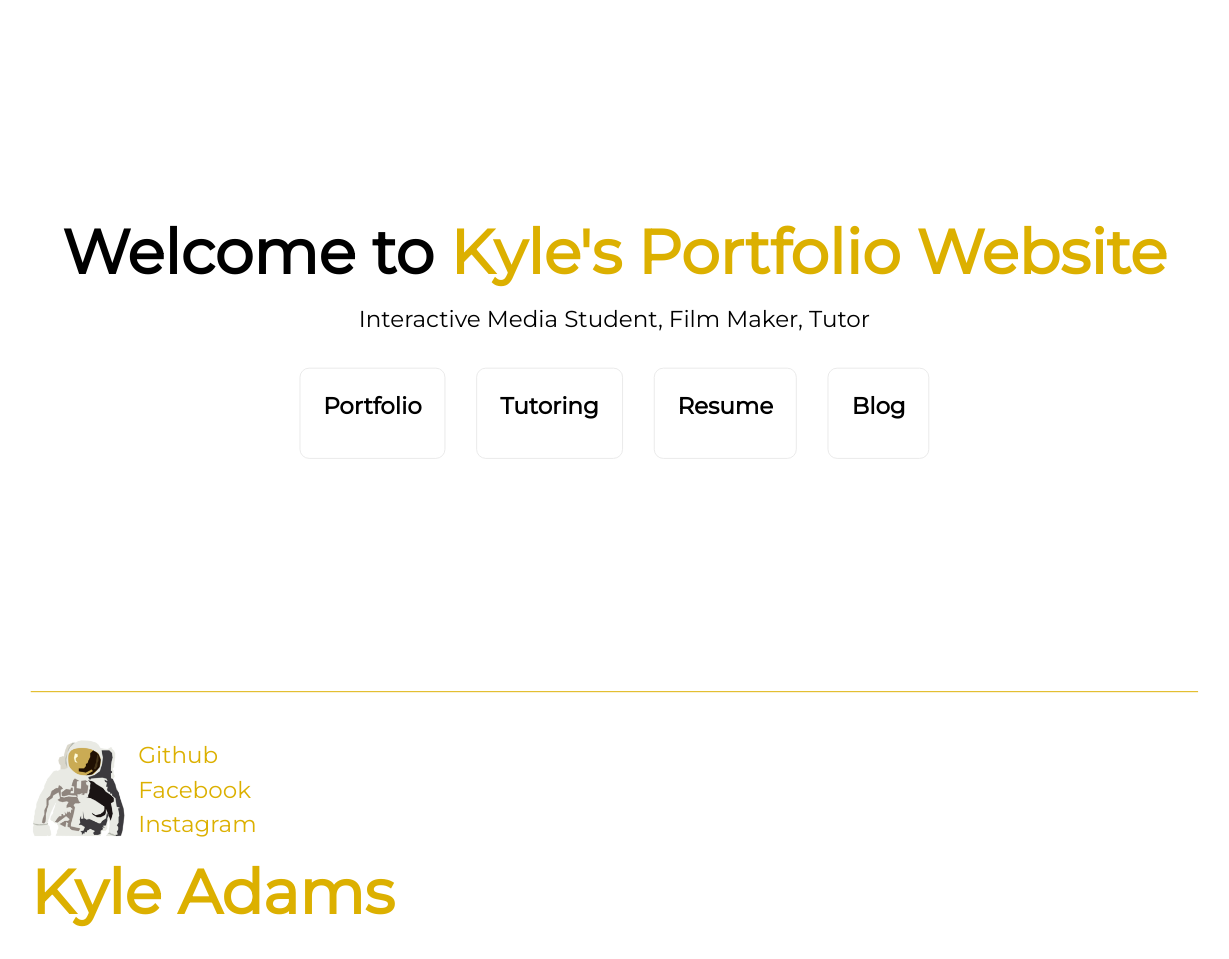
Repository: neomort/CL-portfolio-site
Page: /
These files come from the project's save history. The page is drawn as it stood at one moment and after the next save; the edit follows.
The browser window is 1280 px wide. The pictures show the whole page, at 96% of full size.
The project was rebuilt for these pictures with package versions that can differ from the ones it lists, and the page was loaded fresh each time. The framework's server and built-in components were replaced by stand-ins that run in the browser. Also part of the build but not shown: next.config.js.

Above is the page before, as saved 2021-12-14 15:07:22.

After the next save:
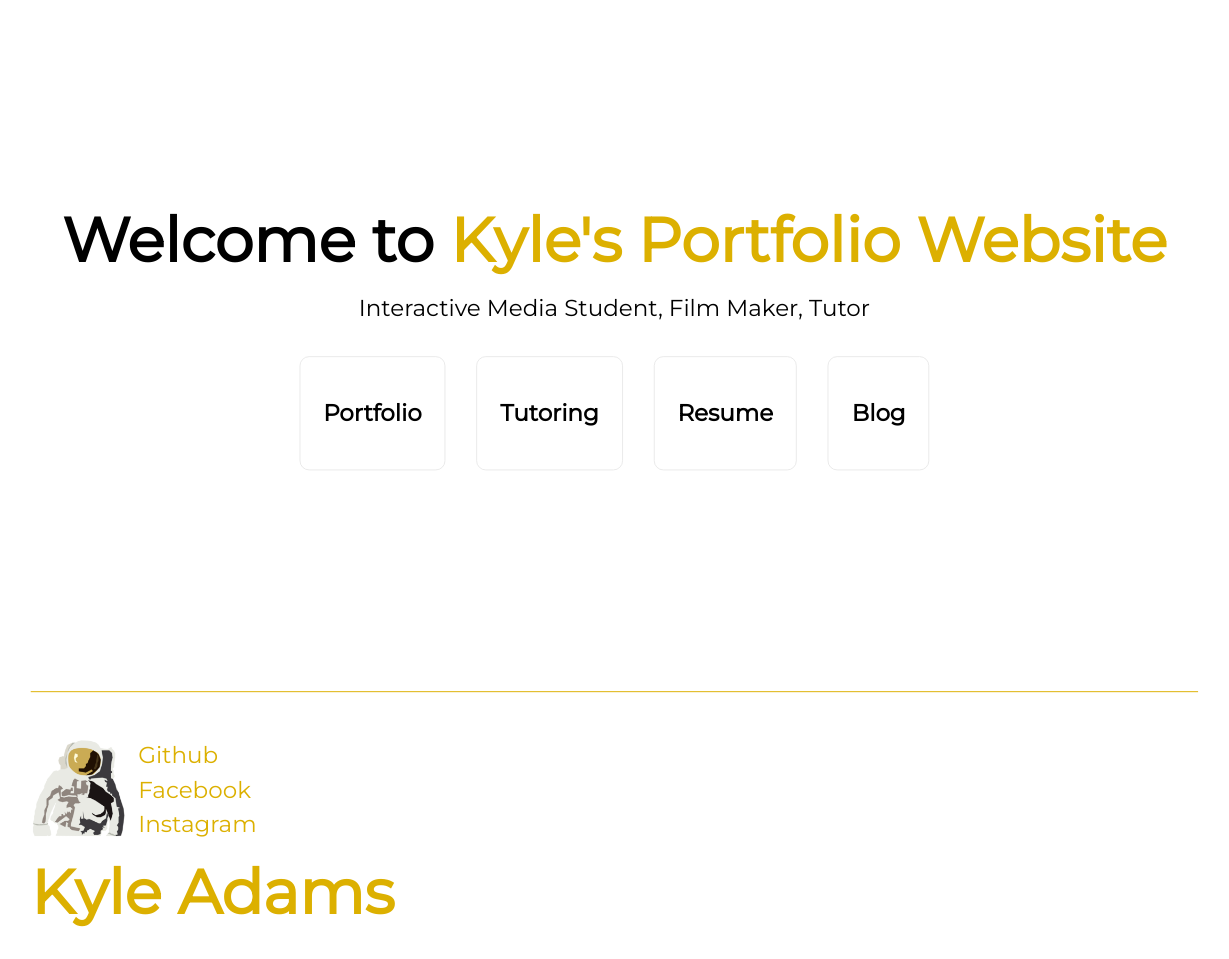
Saved 31 s later.
--- a/styles/Home.module.css
+++ b/styles/Home.module.css
@@ -99,7 +99,7 @@
 }
 
 .card h2 {
-  margin: 0 0 1rem 0;
+  /* margin: 0 0 1rem 0; */
   font-size: 1.5rem;
 }
 
